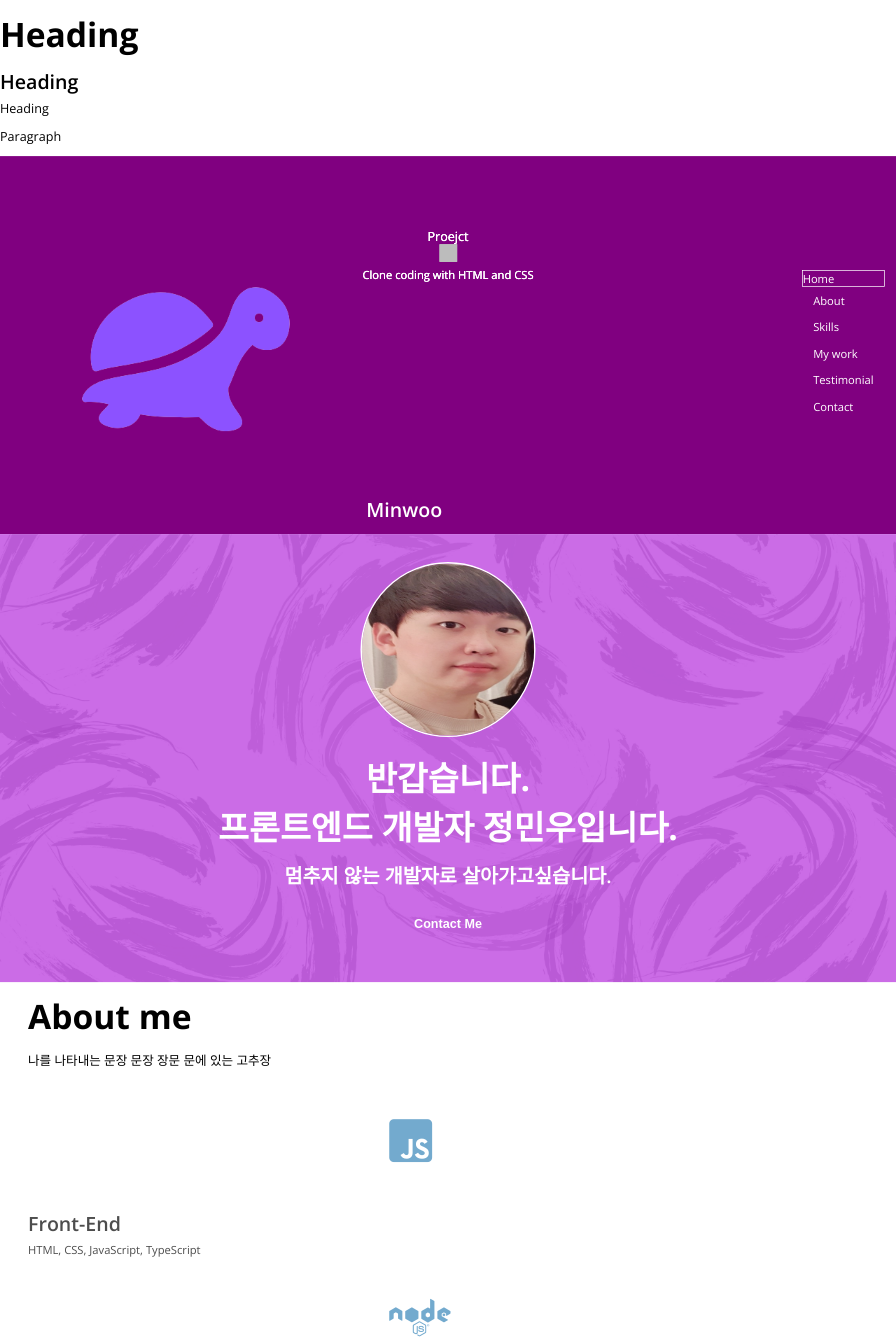
Repository: DevMinwoo-Jung/MinwooPortfolio
Page: index.html
An editor plug-in stored every save of this project. The page is shown before and after the next save, followed by the edit.
The browser window is 1280 px wide. The pictures show the part of the page from y = 0 to 1920 px (the page is 6815 px tall), at 70% of full size.

Above is the page before, as saved 2021-05-31 15:30:50.

### index.html
<!DOCTYPE html>
<html lang="en">
<head>
  <meta charset="UTF-8">
  <meta http-equiv="X-UA-Compatible" content="IE=edge">
  <meta name="viewport" content="width=device-width, initial-scale=1.0">
  <title>Minwoo's Portfolio</title>
  <meta name="description" content="(will be) world-renowned Front-End Web developer Minwoo">
  <meta name="author" content= "Minwoo Jung">
  <link rel="icon" type ="image/png" href="imgs/favicon.png">
  <link rel="stylesheet" href="https://use.fontawesome.com/releases/v5.15.3/css/all.css" integrity="sha384-SZXxX4whJ79/gErwcOYf+zWLeJdY/qpuqC4cAa9rOGUstPomtqpuNWT9wdPEn2fk" crossorigin="anonymous">
  <link rel="preconnect" href="https://fonts.gstatic.com">
<link href="https://fonts.googleapis.com/css2?family=Open+Sans:wght@400;600;700&display=swap" rel="stylesheet">
<link rel="stylesheet" href="style.css">
<script src="main.js" defer></script>
</head>
<body>
  <h1>Heading</h1>
  <h2>Heading</h2>
  <h3>Heading</h3>
  <p>Paragraph</p>
  <!-- Navbar -->
  <nav id="navbar">
    <div class="navbar__logo">
      <img src="imgs/favicon.png" alt="">
      <a href="#">Minwoo</a>
    </div>
      <ul class="nvabar__menu">
        <li class="navbar__menu__item--active">Home</li>
        <li class="navbar__menu__item">About</li>
        <li class="navbar__menu__item">Skills</li>
        <li class="navbar__menu__item">My work</li>
        <li class="navbar__menu__item">Testimonial</li>
        <li class="navbar__menu__item">Contact</li>
      </ul>
  </nav>
  <!-- Home -->
  <section id="home">
    <img src="imgs/myPhoto.jpg" alt="Minwoo's profile photo" class="home__avatar">
    <h1 class="home__title">반갑습니다. <br> 프론트엔드 개발자 정민우입니다.</h1>
    <h2 class="home__description">멈추지 않는 개발자로 살아가고싶습니다.</h2>
    <button class="home__contact">Contact Me</button>
  </section>
  <!-- About -->
  <section id="about" class="section__container">
    <h1>About me</h1>
    <p>나를 나타내는 문장 문장 장문 문에 있는 고추장</p>
    <div class="about__majors">
      <div class="major">
        <div class="major__icon">
          <i class="fab fa-js-square"></i>
        </div>
        <h2 class="major__title">Front-End</h2>
        <div class="major__description">
          HTML, CSS, JavaScript, TypeScript
        </div>
      </div>
      <div class="major">
        <div class="major__icon">
          <i class="fab fa-node"></i>
        </div>
        <div class="major__title">Back-End</div>
        <div class="major__description">
          HTML, CSS, JavaScript, TypeScript
        </div>
      </div>
      <div class="major">
        <div class="major__icon">
          <i class="fab fa-react"></i>
        </div>
        <div class="major__title">Framework</div>
        <div class="major__description">
          HTML, CSS, JavaScript, TypeScript
        </div>
      </div>
    </div>
    <div class="aoubt__jobs">
      <div class="job">
        <img src="imgs/school.png" alt="" class="job__logo">
      </div>
      <div class="job__description">
        <p class="job__period">쌍용교육센터 - 2019.09 ~ 2020.04</p>
      </div>
      <div class="job">
        <img src="imgs/school.png" alt="" class="job__logo">
      </div>
      <div class="job__description">
        <p class="job__period">호서대학교 - 2012.02 ~ 2017.02</p>
      </div>
    </div>



  </section>
  <!-- Skills -->
  <section id="skills" class="section">
    <div class="section__container">
      <h1>Skills</h1>
      <h2>Skills & Attributes</h2>
      <p>
        나를 잘 포장할 말을 쓰면 된다
      </p>
      <div class="skillset">
        <div class="skillset__left">
          <h3 class="skillset__title">Skills</h3>
          <div class="skill">
            <div class="skill__description">
              <span>HTML</span>
              <span>90%</span>
            </div>
            <div class="skill__bar">
              <div class="skill__value" style="width: 99%;"></div>
            </div>
          </div>
          <div class="skill">
            <div class="skill__description">
              <span>JavaScript</span>
              <span>90%</span>
            </div>
            <div class="skill__bar">
              <div class="skill__value"  style="width: 99%;"></div>
            </div>
          </div>
          <div class="skill">
            <div class="skill__description">
              <span>CSS</span>
              <span>90%</span>
            </div>
            <div class="skill__bar">
              <div class="skill__value"  style="width: 90%;"></div>
            </div>
          </div>
          <div class="skill">
            <div class="skill__description">
              <span>TypeScript</span>
              <span>90%</span>
            </div>
            <div class="skill__bar">
              <div class="skill__value"  style="width: 85%;"></div>
            </div>
          </div>
          <div class="skill">
            <div class="skill__description">
              <span>NodeJs</span>
              <span>90%</span>
            </div>
            <div class="skill__bar">
              <div class="skill__value"  style="width: 80%;"></div>
            </div>
          </div>
        </div>
        <div class="skillset__right">
          <div class="tools">
            <h3 class="skillset__title">Tools</h3>
            <ul class="tools__list">
              <li><span>Visual Studio Code</span></li>
              <li><span>1</span></li>
              <li><span>2</span></li>
              <li><span>3</span></li>
              <li><span>4</span></li>
            </ul>
          </div>
          <div class="etc">
            <h3 class="skillset__title">Etc</h3>
            <ul class="etc__list">
              <li><span>Git</span></li>
              <li><span>Etc</span></li>
            </ul>
          </div>
        </div>
      </div>
    </div>
  </section>
  <!-- Work -->
  <section id="work" class="section">
    <h1>My work</h1>
    <h3>Projects</h3>
    <div class="work__categories">
      <button class="category__btn active">All <span class="category__count">8</span></button>
      <button class="category__btn">Front-End <span class="category__count">3</span></button>
      <button class="category__btn">React <span class="category__count">2</span></button>
      <button class="category__btn">vanilaJs <span class="category__count">2</span></button>
      <button class="category__btn">nodeJs <span class="category__count">1</span></button>
    </div>
    <div class="work__projects">
      <a href="mygithub" class="project__img" target="blank" data-type="back-end">
      <img src="imgs/favicon.png" alt="project1">
      <!-- 이미지 추후에 넣자 -->
      <div class="project__description">
        <h3>Proejct</h3>
        <span>Clone coding with HTML and CSS</span>
      </div>
      </a>
      <a href="mygithub" class="project__img" target="blank" data-type="back-end">
        <img src="imgs/favicon.png" alt="project1">
        <!-- 이미지 추후에 넣자 -->
        <div class="project__description">
          <h3>Proejct</h3>
          <span>Clone coding with HTML and CSS</span>
        </div>
        </a>
        <a href="mygithub" class="project__img" target="blank" data-type="back-end">
          <img src="imgs/favicon.png" alt="project1">
          <!-- 이미지 추후에 넣자 -->
          <div class="project__description">
            <h3>Proejct</h3>
            <span>Clone coding with HTML and CSS</span>
          </div>
          </a>
          <a href="mygithub" class="project__img" target="blank" data-type="back-end">
            <img src="imgs/favicon.png" alt="project1">
            <!-- 이미지 추후에 넣자 -->
            <div class="project__description">
              <h3>Proejct</h3>
              <span>Clone coding with HTML and CSS</span>
            </div>
            </a>
    </div>
  </section>
  <!-- Testimonials -->
  <section id="testimonials" class="section">
    <h1>Testmonials</h1>
    <h3>See what they say about me</h3>
    <div class="testmonials">
      <div class="testimonial">
        <img src="imgs/testimonail/people.jpg" alt="" class="testimonial__avatar">
        <div class="testimonail__speech-bubble">
          <p>qmffkqmffk</p>
          <p class="name"><a href="">이름</a>일한곳</p>
        </div>
      </div>
      <div class="testimonial">
        <img src="imgs/testimonail/people.jpg" alt="" class="testimonial__avatar">
        <div class="testimonail__speech-bubble">
          <p>qmffkqmffk</p>
          <p class="name"><a href="">이름</a>일한곳</p>
        </div>
      </div>
    </div>
  </section>
  <!-- Contact -->
  <section id="contact" class="section">
    <h1 class="contact__title">Let's talk</h1>
    <h2 class="contact__email">applejung312@gmail.com</h2>
    <div class="contact__links">
      <a href="https://github.com/DevMinwoo-Jung" target="_blank">
        <i class="fab fa-github"></i>
      </a>
      <a href="https://dev-minwoo.tistory.com/" target="_blank">
        <i class="fas fa-blog"></i>
      </a>
    </div>
    <p class="contact__right">
      2021 Minwoo Jung - All rights reseverd
    </p>
  </section>
</body>
</html>

### style.css
/* Global */
:root {
  /* Color */
  --color-white: #ffffff;
  --color-light-white: #eeeeee;
  --color-dark-white: #bdbdbd;
  --color-pink: #fe918d;
  --color-dark-pink: #ff6863;
  --color-dark-grey: #4d4d4d;
  --color-grey: #616161;
  --color-light-grey: #7c7979;
  --color-blue: #73aace;
  --color-yellow: #fff7d1;
  --color-orange: #feb546;
  --color-black: #000000;
  --color-dard-purple: rgb(78, 23, 69);

  /* Font size */
  --font-large: 48px;
  --font-medium: 28px;
  --font-regular: 18px;
  --font-small: 16px;
  --font-micro: 14px;

  /* Font weight */
  --weight-bold: 700;
  --weight-semi-bold: 600;
  --weight-regular: 400;

  /* Size */
  --size-border-radius: 4px;

  /* Animation Duration */
  --animation-duration: 300ms;
}

/* Universal tags */
* {
  box-sizing: border-box;
}

/* Typography */
h1 {
  font-size: var(--font-large);
  font-weight: var(--weight-bold);
  color: var(--color-black);
  margin: 16px 0px;
}

h2 {
  font-size: var(--font-medium);
  font-weight: var(--weight-semi-bold);
  color: var(--color-black);
  margin: 8px 0;
}

h3 {
  font-size: var(--font-regular);
  font-weight: var(--weight-regular);
  color: var(--color-black);
  margin: 8px 0;
}

p {
  font-size: var(--font-regular);
  font-weight: var(--weight-regular);
  color: var(--color-black);
  margin: 16px 0;
}

body {
  margin: 0;
  font-family: "Open Sans", sans-serif;
  cursor: default;
}

a {
  text-decoration: none;
  color: var(--color-white);
}

ul {
  list-style: none;
  padding-left: 0;
}

li {
  list-style: none;
}

button {
  background-color: transparent;
  cursor: pointer;
  border: none;
  outline: none;
}

/* Navbar */
#navbar {
  display: flex;
  justify-content: space-between;
  background-color: purple;
  align-items: center;
  color: var(--color-white);
  padding: 16px;
}

.navbar__menu {
  display: flex;
}

.navbar__menu__item {
  padding: 8px 12px;
  margin: 0 4px;
  cursor: pointer;
  border-radius: var(--size-border-radius);
}

.navbar__logo {
  font-size: var(--font-medium);
  font-weight: var(--weight-semi-bold);
}

.navbar__menu__item--active {
  border: 1px solid var(--color-white);
}

.navbar__menu__item:hover {
  background-color: var(--color-dard-purple);
}

/* Home */
#home {
  background: url("imgs/background\ Img.png") center/cover no-repeat;
  padding: 40px;
  text-align: center;
}

.home__avatar {
  width: 250px;
  height: 250px;
  border-radius: 50%;
  border: 2px solid var(--color-white);
}

.home__title,
.home__description {
  color: var(--color-white);
}

.home__contact {
  color: var(--color-white);
  font-size: var(--font-regular);
  font-weight: var(--weight-bold);
  margin: 24px;
  padding: 8px 12px;
  border: 2px solid (var(--color-white));
  border-radius: var(--size-border-radius);
}

/* Section common */
.section {
  margin: auto;
  padding: 50px;
  text-align: center;
}

.section__container {
  max-width: 1200px;
  margin: auto;
}

/* About */
.aoubt__majors {
  display: flex;
  justify-content: space-between;
  margin: 80px 0;
}

.major__icon {
  width: 170px;
  height: 170px;
  font-size: 70px;
  line-height: 170px;
  margin: auto;
  border: 1px solid var(--color-white);
  border-radius: 50%;
  margin-bottom: 16px;
  color: var(--color-blue);
}

.major__icon:hover i {
  color: var(--color-pink);
  transform: rotate(-30deg) scale(1.1);
}

.major__icon i {
  transition: all var(--animation-duration) ease;
}

/*
.major__icon i:hover{
  이렇게하면 i에 올려났을때만 변하지만
  위처럼하면 icon에 올렸을때 i만 변한다
  color: var(--color-pink);
  transform: rotate(-30deg) scale(1.1);
} */

.major__title,
.major__description {
  color: var(--color-dark-grey);
}

.major__description {
  font-size: var(--font-small);
}

.job {
  display: flex;
  align-items: center;
}

.job__description {
  margin: 0 16px;
  text-align: left;
}

.job__name,
.job__period {
  color: var(--color-light-grey);
}

.job__name {
  font-size: var(--font-small);
}

.job__period {
  font-size: var(--font-micro);
}

/* Skill */
#skills {
  background-color: var(--color-yellow);
}

.skillset {
  display: flex;
  background-color: var(--color-light-grey);
  color: var(--color-light-white);
  margin: 20px 0;
}

.skillset__title {
  color: var(--color-white);
}

.skillset__left {
  flex-basis: 60%;
  background-color: var(--color-dark-grey);
  color: var(--color-white);
  padding: 20px 40px;
}

.skill__description {
  display: flex;
  justify-content: space-between;
}

.skillset__right {
  flex-basis: 40%;
}

.tools {
  background-color: var(--color-grey);
}

.skill__bar {
  width: 100%;
  height: 3px;
  background-color: var(--color-grey);
}

.skill {
  margin-bottom: 32px;
}

.skill__value {
  height: 3px;
  background-color: var(--color-orange);
}

.tolls,
.etc {
  padding: 20px;
}

/* Work */
.work__categories {
  margin: 40px;
}

.category__btn {
  border: 1px solid var(--color-dark-grey);
  border-radius: var(--size-border-radius);
  font-size: var(--font-regular);
  padding: 8px 48px;
}

.category__btn.active,
.category__btn:hover {
  background-color: var(--color-pink);
  color: var(--color-white);
}

.category__btn.active,
.category__count,
.category__btn:hover .category__count {
  opacity: 1;
  top: 0;
}
.category__count {
  background-color: var(--color-orange);
  border-radius: 50%;
  color: var(--color-white);
  width: 24px;
  height: 24px;
  display: inline-block;
  line-height: 24px;
  position: relative;
  top: -20px;
  left: 4px;
  opacity: 0;
  transition: all var(--animation-duration);
}

.work__projects {
  display: flex;
  flex-wrap: wrap;
  justify-content: center;
}

.project {
  width: 280px;
  height: 250px;
  margin: 2px;
  background-color: yellow;
  position: relative;
}

.project__img {
  max-width: 100%;
  max-height: 100%;
}

.project__description {
  position: absolute;
  top: 0;
  left: 0;
  width: 100%;
  height: 100%;
  display: flex;
  flex-direction: column;
  justify-content: center;
  opacity: 0.8;
}

.project__description h3 {
  color: var(--color-white);
}

.project__description h3:after {
  content: "";
  width: 25px;
  height: 25px;
  display: block;
  position: relative;
  left: 50%;
  margin-left: -12px;
  background-color: var(--color-dark-white);
}

Loaded but not shown: main.js (no copy from this time; the picture is the same without it)

After the next save:
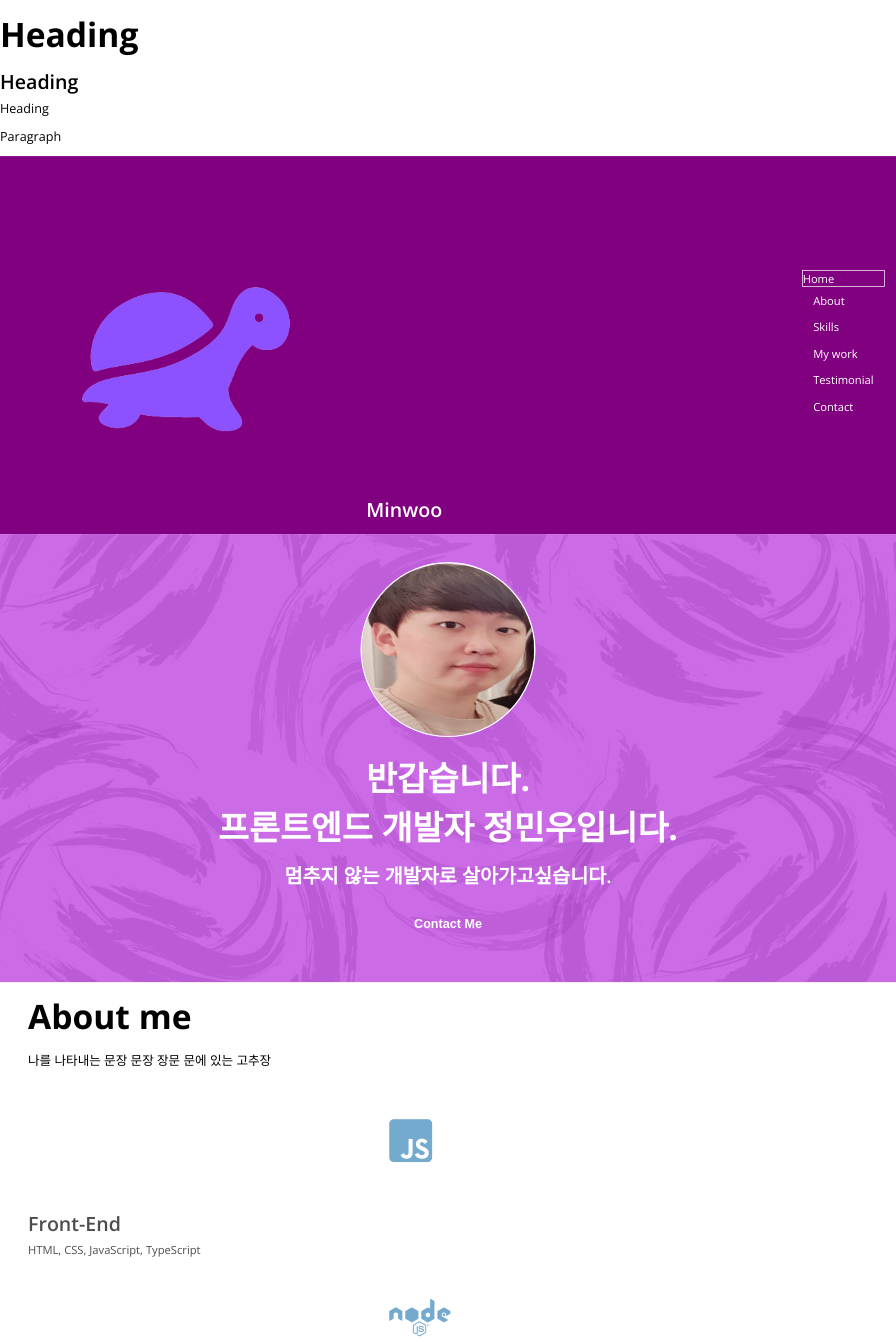
Saved 118 s later.
--- a/style.css
+++ b/style.css
@@ -341,9 +341,12 @@ button {
 
 .project {
   width: 280px;
+  display: flex;
+  justify-content: center;
+  align-items: center;
   height: 250px;
   margin: 2px;
-  background-color: yellow;
+  background-color: var(--color-light-white);
   position: relative;
 }
 
@@ -361,6 +364,11 @@ button {
   display: flex;
   flex-direction: column;
   justify-content: center;
+  opacity: 0;
+  transition: all avr(--animation-duration) ease-in;
+}
+
+.project:hover .project__description {
   opacity: 0.8;
 }
 
